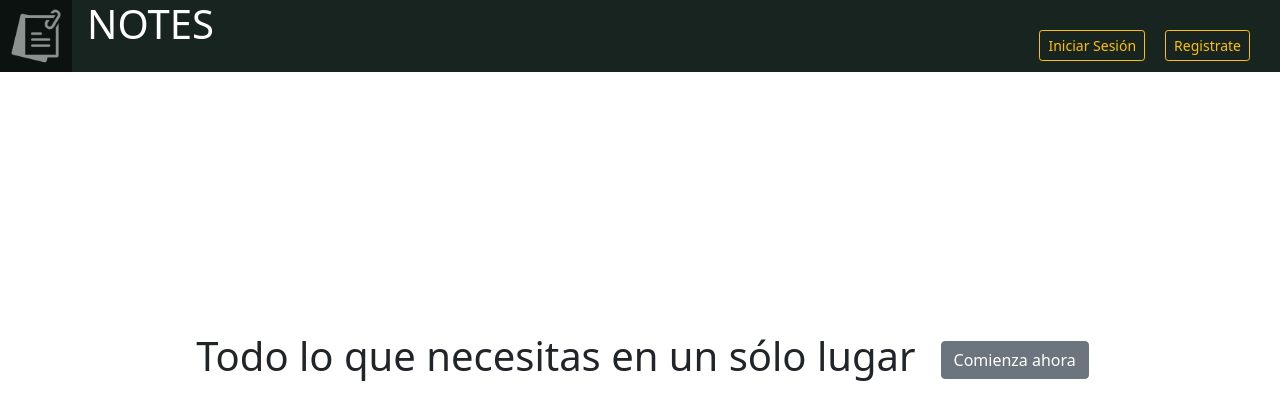
Repository: Daaira0811/TareaVue
Page: /
An editor plug-in stored every save of this project. The page is shown before and after the next save, followed by the edit.
The browser window is 1280 px wide. The pictures show the whole page.
The project was rebuilt for these pictures with package versions that can differ from the ones it lists, and the page was loaded fresh each time. Also part of the build but not shown: vite.config.js.

Above is the page before, as saved 2022-06-20 01:30:12.

After the next save:
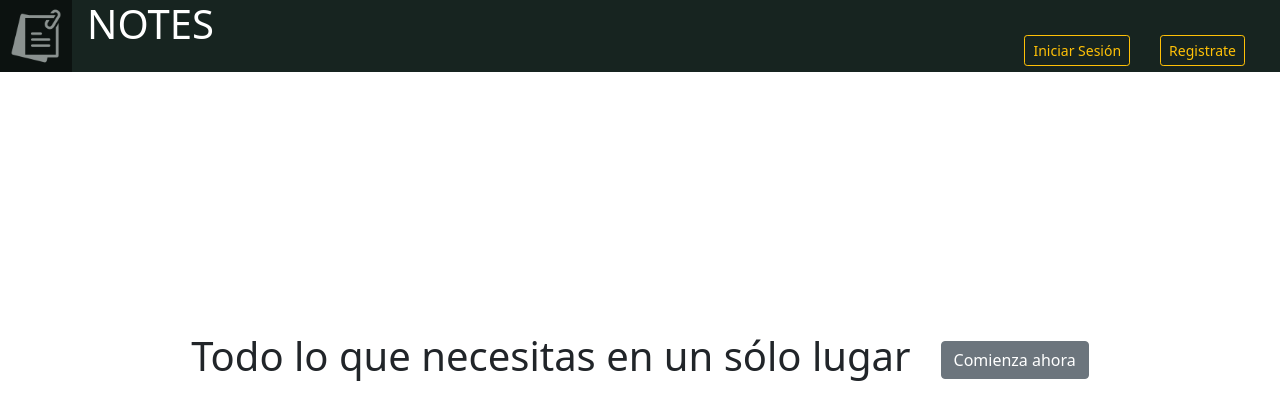
Saved 5 min 5 s later.
--- a/src/components/Login.vue
+++ b/src/components/Login.vue
@@ -1,6 +1,7 @@
 <template>
    <div id="container-Modal">
     <div id="modal">
+        <b-button  id="cerrar" v-on:click="showModal=false">x</b-button>
       <h1>Bienvenido a <br>
     Notes</h1>
     <hr>
@@ -40,6 +41,15 @@
 </template>
 <script>
 
+export default{
+  name:'Login',
+  data(){
+    return{
+      showModal:true
+    }
+  },
+
+}
 </script>
 <style>
 h1{
@@ -76,13 +86,15 @@ h1{
 b-form-group > label{
 text-align: left;
 }
-p{
-  margin:15px;
-}
+
 a{
   text-decoration-line: underline;
 }
 .btn{
-  margin:10px;
+  margin:15px;
+}
+#cerrar{
+
+right:0;
 }
 </style>
